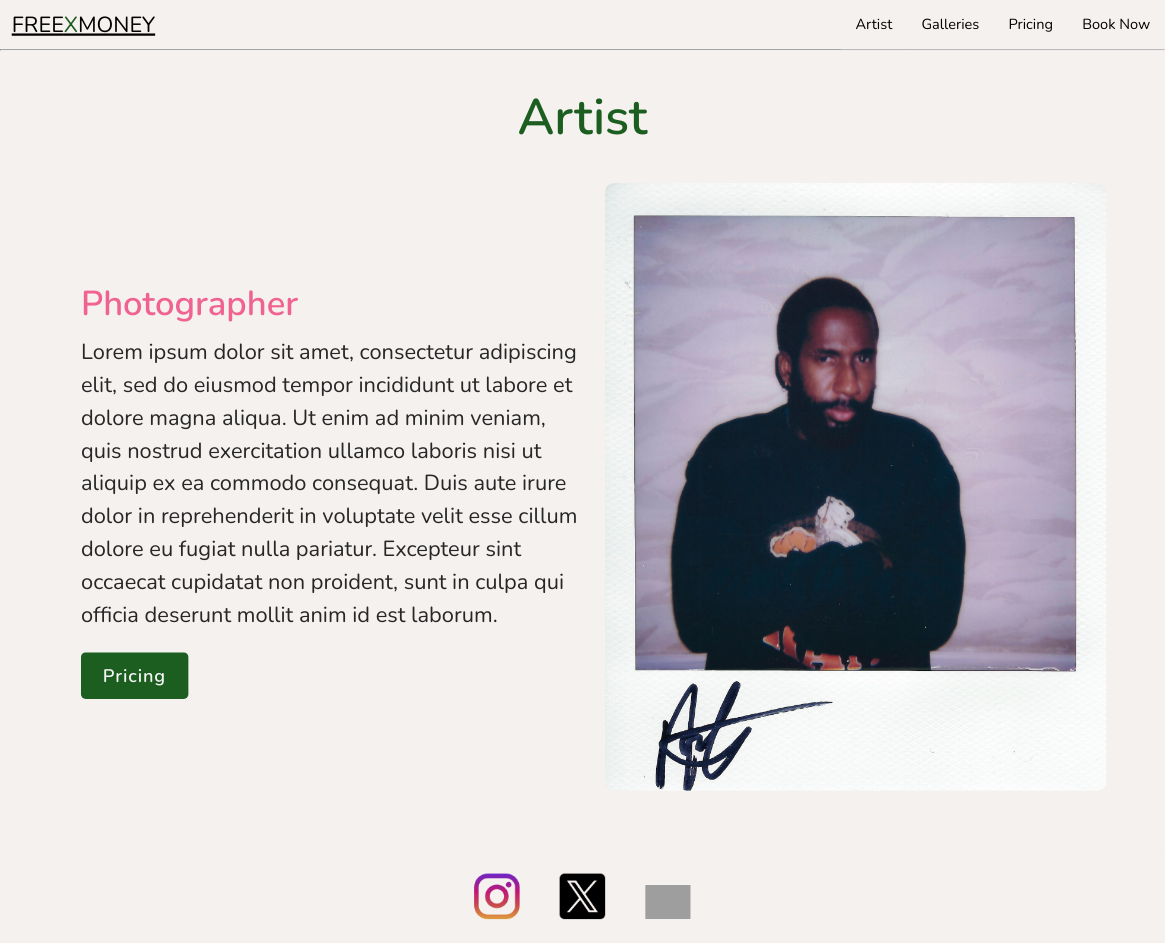
Repository: burntaftermint/freexmoney-draft
Page: artist.html
The author's editor kept a copy of each file at every save. The page is drawn from the files as they stood at one save, then again after the next save.
The browser window is 1280 px wide. The pictures show the whole page, at 91% of full size.
Pictures or frames that could not be fetched are drawn as grey boxes. Some web fonts or font styles are not loaded; a fallback is used.

Above is the page before, as saved 2024-06-10 02:19:16.

### artist.html
<!DOCTYPE html>
<html lang="en">
<head>
    <meta charset="UTF-8">
    <meta http-equiv="X-UA-Compatible" content="IE=edge">
    <meta name="viewport" content="width=device-width, initial-scale=1.0">
    <script src="script.js" defer></script>
    <title>FREEXMONEY</title>
    <link rel="preconnect" href="https://fonts.googleapis.com">
<link rel="preconnect" href="https://fonts.gstatic.com" crossorigin>
<link href="https://fonts.googleapis.com/css2?family=Architects+Daughter&family=Kumbh+Sans:wght@400;700&family=Montserrat:ital,wght@0,100;0,200;0,300;0,400;0,500;0,600;0,700;0,800;0,900;1,100;1,200;1,300;1,400;1,500;1,600;1,700;1,800;1,900&family=Nunito:wght@300;400;500;600&family=Roboto:wght@300&family=Rubik:wght@400;500;600;700;800&family=Yantramanav:wght@500&display=swap" rel="stylesheet">
    <link rel="stylesheet" type="text/css" href="style.css">
</head>
<body>
    <nav class="navbar">
        <div class="nav-title"><a href="index.html">FREE<span>X</span>MONEY</a>
        </div>
        <a href="#" class="toggle-button">
            <span class="bar"></span>
            <span class="bar"></span>
            <span class="bar"></span>

        </a>
        <div class="navbar-links">
            <ul>
                <li><a href="artist.html">Artist</a></li>
                <li><a href="gallery.html">Galleries</a></li>
                <li><a href="pricing.html">Pricing</a></li>
                <li><a href="home.html">Book Now</a></li>
            </ul>
        </div>
    </nav>
    <hr>
    <section class="hero">
        <div class="home-heading">
            <h1>Artist</h1>
        </div>
        <div class="container_home">
            <div class="hero-content">
                <h2>Photographer</h2>
                <p>Lorem ipsum dolor sit amet, consectetur adipiscing elit, sed do eiusmod tempor incididunt ut labore et dolore magna aliqua. Ut enim ad minim veniam, quis nostrud exercitation ullamco laboris nisi ut aliquip ex ea commodo consequat. Duis aute irure dolor in reprehenderit in voluptate velit esse cillum dolore eu fugiat nulla pariatur. Excepteur sint occaecat cupidatat non proident, sunt in culpa qui officia deserunt mollit anim id est laborum.
                </p>
                <div class="hero-btn">
                    <a href="#">Pricing</a>
                </div>
            </div>

            <div class="hero-image">
                <img src="images/freexmoney.JPG" alt="">
            </div>
        </div>

    </section>
    <div class="social-links">
        <a href="https://www.instagram.com/freexmoney/?hl=en" target="_blank"><img src="images/instagram.png"></a>
        <a href="https://twitter.com/xfreexmoney?lang=en" target="_blank"><img src="images/twitter.png"></a>
        <a href="https://freexmoney.tumblr.com/" target="_blank"><img src="images/tumblr.png"></a>
    </div>



    </div>
</body>
</html>

### style.css

* {
    margin: 0;
    padding: 0;
    box-sizing: border-box;
    font-family: 'Nunito', sans-serif;
    background-color: #f5f1ef;
}

.container {
    display: flex;
    flex-direction: column;
    justify-content: center;
    align-items: center;
    text-align: center;
    margin: 15px 20px 0 20px;
}

.social-links img {
    width: 50px;

    margin: 20px;
    cursor: pointer;
}

.social-links {
    text-align: center;
}




.container .heading {
    width: 50%;
    padding-bottom: 20px;
}

.container .heading h3 {
    font-size: 3em;
    font-weight: 400;
    border-bottom: 3px solid #1b5e20;

}

.container .heading h3 span {
    color: #1b5e20;
    font-weight: 600;
}

.container .box {
    display: flex;
    flex-direction: row;
    justify-content: space-between;

}

.container .box .row1 {
    display: flex;
    flex-direction: column;
    width: 32.5%;
}

.container .box .row1 img {
    width: 100%;
    padding-bottom: 10px;
    animation: fadeInUp 2s ease;
}

.container .box .row1 img:hover{
    opacity: 0.5;
    transition: 0.2s ease;

}

.container .btn {
    margin: 40px 0 70px 0;
    background: #1b5e20;
    padding: 15px 40px ;
    border-radius: 5px;
}


.container .btn a {
    text-decoration: none;
    background-color: transparent;
    color: #f5f5f5;
    font-weight: bolder;
    letter-spacing: 1px;
}

.container .heading a {
    text-decoration: none;
    color: black;
}
.container .heading a:hover {

    color: #f06292;
}

.container .btn a:hover {
    text-decoration: none;
    background-color: transparent;
    color: #f06292;
    font-weight: bolder;

}

/* gallery css */
.gallery-container {
    width: 100%;
    min-height: 100vh;
    display: flex;
    justify-content: center;
    align-items: center;
    padding: 0px 90px;
}

.gallery-content-section {
    display: flex;
    justify-content: center;
    align-items: center;
    text-align: center;
    animation: fadeInRight 2s ease;
}

.gallery-content-section .gallery-card {
    flex: 1;
    margin: 20px 20px;
    box-shadow: 0px 2px 8px 0px rgba(0,0,0,0.2);
    border-radius: 5px;
}

.gallery-content-section .gallery-card:hover {
    transform: scale(1.2);
}

.gallery-content-section .gallery-card img {
    width: 100%;
    height: auto;
    border-radius: 5px;
}

.gallery-content-section .gallery-card h2 {
    margin: 15px 0px;
    font-size: 28px;
    color: #f06292;
}

.gallery-content-section .gallery-card p {
    font-size: 16px;
    line-height: 1.5;
    padding: 0px 10px;
    margin-bottom: 20px;
}

.galleryh1 {
    text-align: center;
    font-size: 55px;
    color: #1b5e20;
}

/* home css */

.hero {
    background-color: #f5f1ef;
    overflow: hidden;
}

.home-heading h1 {
    color: #1b5e20;
    font-size: 55px;
    text-align: center;
    margin-top: 35px;
    margin-bottom: -30px;
}

.hero-content p {
    font-size: 24px;
    line-height: 1.5;
    margin-bottom: 40px;
    color: rgb(39, 39, 39);
}

.hero-btn {
    display: inline-block;
    background-color: #1b5e20;
    margin-top: -20px;
    padding: 12px 24px;
    border-radius: 5px;
    font-size: 20px;
    border: none;
    cursor: pointer;
    transition: 0.3s ease;
    font-weight: bolder;
    letter-spacing: 1px;
}
.hero-btn a {

    text-decoration: none;
    background-color: transparent;
    color: #f5f5f5;
}
.hero-btn a:hover {

    color: #f06292;
}
.container_home {
    display: flex;
    justify-content: center;
    align-items: center;
    width: 90%;
    margin: 65px auto;
}
.hero-content {
    flex: 1;
    width: 600px;
    margin: 0px 25px;
    animation: fadeInUp 2s ease;
}
.hero-image {
    flex: 1;
    width: 600px;
    margin: auto;
    animation: fadeInRight 2s ease;
}

.hero-content h2 {
    color: #f06292;
    font-size: 38px;
    margin-bottom: 10px;
}

.hero img {
width: 100%;
height: auto;
border-radius: 10px;
}

/* navbar css */
.navbar {
    display: flex;
    justify-content: space-between;
    align-items: center;
    background-color: #f5f1ef;


}

.nav-title {
    background-color: transparent;
    text-decoration: underline;
}
.nav-title a{
    color: black;

}
.nav-title a:hover{
    color: #f06292;
}
.nav-title span{
    background-color: transparent;
    color: #1b5e20;
}

.navbar-links ul {
    margin: 0;
    padding: 0;
    display: flex;
}

.navbar-links li {
    list-style: none;

}

.navbar-links li a {
    text-decoration: none;
    color: black;
    padding: 1rem;
    display: block;



}

.navbar-links li a:hover{
    color: #f06292;
}
.nav-title {
    font-size: 1.5rem;
    margin: .5rem;
    padding-left: 5px;

}

.toggle-button {
    position: absolute;
    top: .75rem;
    right: 1rem;
    display: none;
    flex-direction: column;
    justify-content: space-between;
    width: 30px;
    height: 21px;
}

.toggle-button .bar {
    height: 3px;
    width: 100%;
    background-color: black;
    border-radius: 10px;
}

/* Pricing css */

.pricing-table {
    display: flex;
    flex-direction: row; /* Arrange items vertically */
    align-items: center; /* Center items horizontally */
    justify-content: center; /* Center items vertically */
    min-height: 100vh; /* Set minimum height as 100% of the viewport height */
    max-width: 1600px;
    margin: 0 auto; /* Center the pricing table horizontally */


}

/* Add this style if you want some space between pricing cards */
.pricing-card {
     /* Adjust as needed */
    flex: 1;
    max-width: 360px;
    background-color: #fa7fa8;
    margin: 20px 10px;
    text-align: center;
    cursor: pointer;
    overflow: hidden;
    color: #f5f1ef;
    transition: .3s linear;
    border-radius: 10px;
    padding-bottom: 10px;
    animation: fadeInRight 2s ease;

}

.pricing-card-header {
    background-color: #1b5e20;
    display: inline-block;
    color: #f5f1ef;
    padding: 12px 30px;
    border-radius: 0 0 20px 20px;
    font-size: 16px;
    text-transform: uppercase;
    font-weight: 600;
    transition: .4s linear;

}

.pricing-card li {
    font-size: 20px;
    padding: 10px 0;
    text-transform: uppercase;
    list-style-type: none; /* Add this line to remove bullets */
}


.pricingh1 {
    margin-top: 50px;
    margin-bottom: -100px;
    text-align: center;
    font-size: 55px;
    color: #1b5e20;
}





.pricing-card li {
    background-color: #fa7fa8;
}
.pricing-card strong {
    background-color: #fa7fa8;
}
.pricing-card sup {
    background-color: #fa7fa8;
}

.price {
    background-color: #fa7fa8;
    font-size: 70px;
    color: #f5f1ef;
    margin: 40px 0;
    transition: .2s linear;
}

.price sup, .price span {
    font-size: 22px;
    font-weight: 700;
}









@media only screen and (max-width: 1000px) {
    .gallery-content-section {
        flex-direction: column;
    }

    .pricing-card {
        flex: 50%;

    }

    .pricing-card-header {
        font-size: 10.5px;
    }

    .price {
        font-size: 45px;
    }

    .pricing-card li {
        font-size: 15px;
    }



}




@media only screen and (max-width: 769px) {
    .container .box {
        flex-direction: column;
    }
    .container .box .row1 {
        width: 100%;
    }
    .home-heading h1 {
        font-size: 45px;
        margin-top: 30px;
    }

    .hero {
        margin: 0px;

    }
    .container_home {
        width: 100%;
        flex-direction: column;
        margin: 0px;
        padding: 0px 40px;

    }
    .hero-content {
        width: 100%;
        margin: 35px 0px;
    }
    .hero-content h2 {
        font-size: 30px;

    }
    .hero-content p {
        font-size: 18px;
        margin-bottom: 20px;
    }
    .hero-btn {
        font-size: 16px;
        padding: 8px 16px;

    }
    .hero-image {
        width: 100%;
    }

    .pricing-card {
        flex: 50%;

    }

    .pricing-card-header {
        font-size: 6px;
    }

    .price {
        font-size: 35px;
    }

    .pricing-card li {
        font-size: 15px;
    }


}






@media only screen and (max-width: 718px) {
    .container .heading {
        width: 100%;

    }

    .container .heading h3 {
        font-size: 2.5em;


    }
}

@media only screen and (max-width: 549px) {
    .toggle-button {
        display: flex;

    }
    .navbar-links {
        display: none;
        width: 100%;

    }
    .navbar {
        flex-direction: column;
        align-items: flex-start;
    }

    .navbar-links ul {
        width: 100%;
        flex-direction: column;
    }

    .navbar-links li {
        text-align: center;
    }

    .navbar-links li a {
        padding: .3rem .7rem;
    }

    .navbar-links.active {
        display: flex;
    }
}

@media only screen and (max-width: 510px) {
    .gallery-card {
        width: 150%;

    }
}

@media only screen and (max-width: 400px) {
    .pricingh1 {
        margin-bottom: -175px;
    }
}

@keyframes fadeInUp {
    0% {
        opacity: 0;
        transform: translateY(50px);
    }
    100% {
        opacity: 1;
        transform: translateY(0px);
    }
}


@keyframes fadeInRight {
    0% {
        opacity: 0;
        transform: translateX(-50px);
    }
    100% {
        opacity: 1;
        transform: translateX(0px);
    }
}

Loaded but not shown: script.js (common file)

After the next save:
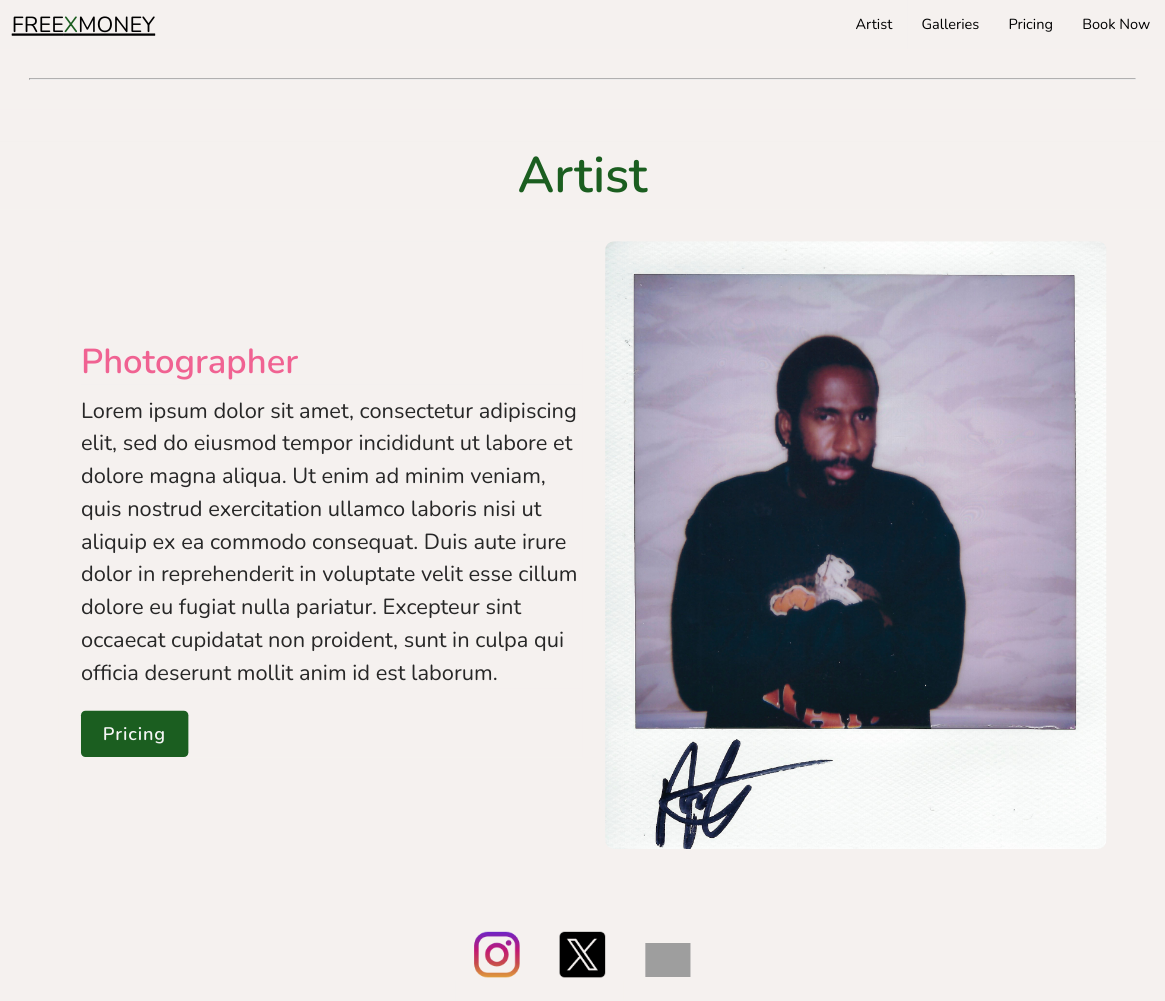
Saved 32 s later.
--- a/style.css
+++ b/style.css
@@ -372,6 +372,10 @@
     color: #1b5e20;
 }
 
+hr {
+    margin: 2rem;
+}
+
 
 
 
